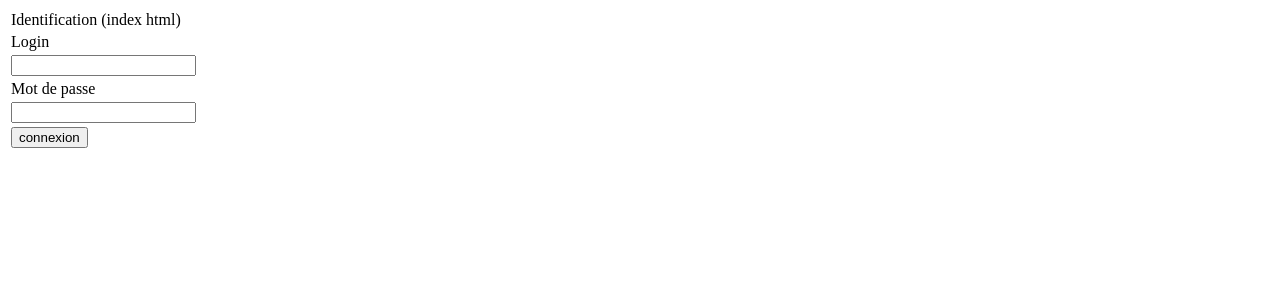
Repository: AntoAnt/WikiScolaire-
Page: InterfaceWikiScolair/WebContent/Index.html
The author's editor kept a copy of each file at every save. The page is drawn from the files as they stood at one save, then again after the next save.
The browser window is 1280 px wide. The pictures show the whole page.

Above is the page before, as saved 2017-04-18 15:32:45.

After the next save:
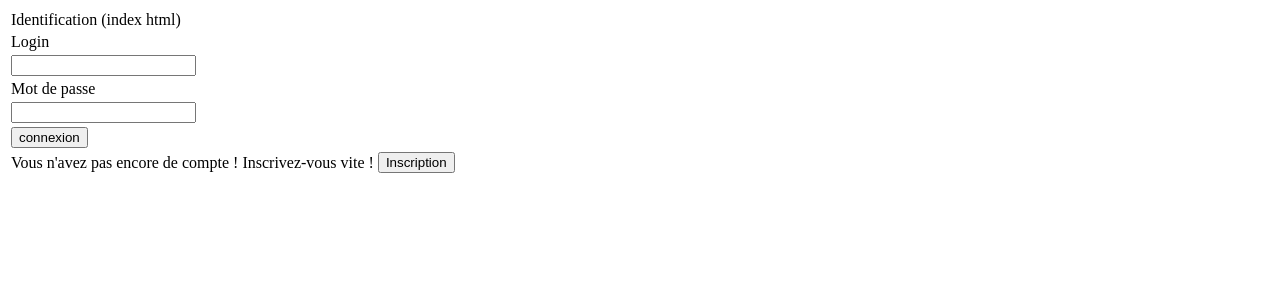
Saved 5 min 7 s later.
--- a/InterfaceWikiScolair/WebContent/Index.html
+++ b/InterfaceWikiScolair/WebContent/Index.html
@@ -13,6 +13,8 @@
 			<td>Mot de passe</td>
 			<tr><td><input type="password" name="CHAMP_mdp"/><br></td></tr>
 			<tr><td><input type="submit" name="bouton" value="connexion" /></tr></td>
+			<td>Vous n'avez pas encore de compte ! Inscrivez-vous vite !</td>
+			<td><a href = "/InterfaceWikiScolair/Inscription.jsp"><input type ="button" name="Inscription" value = "Inscription" /></a></td>
 		</table>
 
 	</form>
